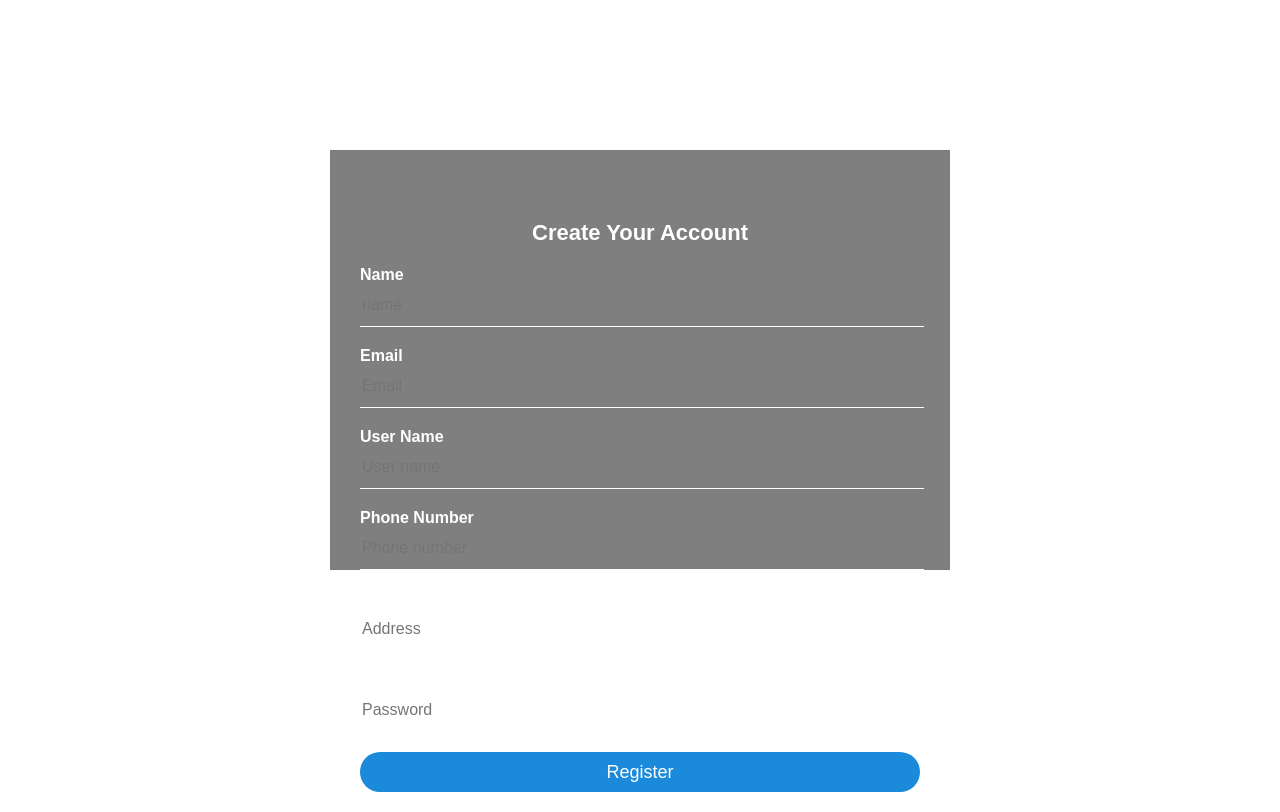
Repository: GamithaManawadu/RentJet-Online-Vehicle-Rental-System
Page: http://localhost/CustomerRegistration/customerinsert.jsp
The author's editor kept a copy of each file at every save. The page is drawn from the files as they stood at one save, then again after the next save.
The browser window is 1280 px wide. The pictures show the whole page.
The page is served by Tomcat 9.

Above is the page before, as saved 2020-05-12 11:11:57.

After the next save:
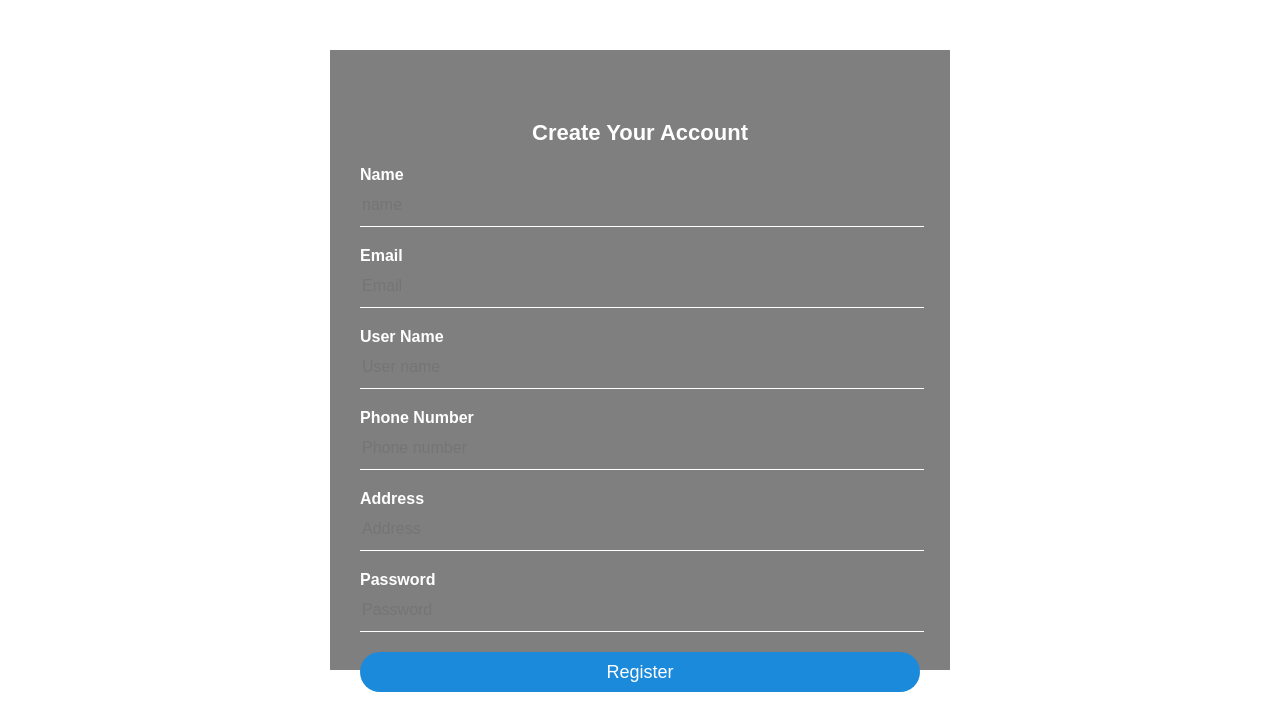
Saved 28 s later.
--- a/CustomerRegistration/WebContent/register.css
+++ b/CustomerRegistration/WebContent/register.css
@@ -9,7 +9,7 @@
 }
 .register-box{
     width: 620px;
-    height: 420px;
+    height: 620px;
     background: rgba(0, 0, 0, 0.5);
     color: #fff;
     top: 50%;
